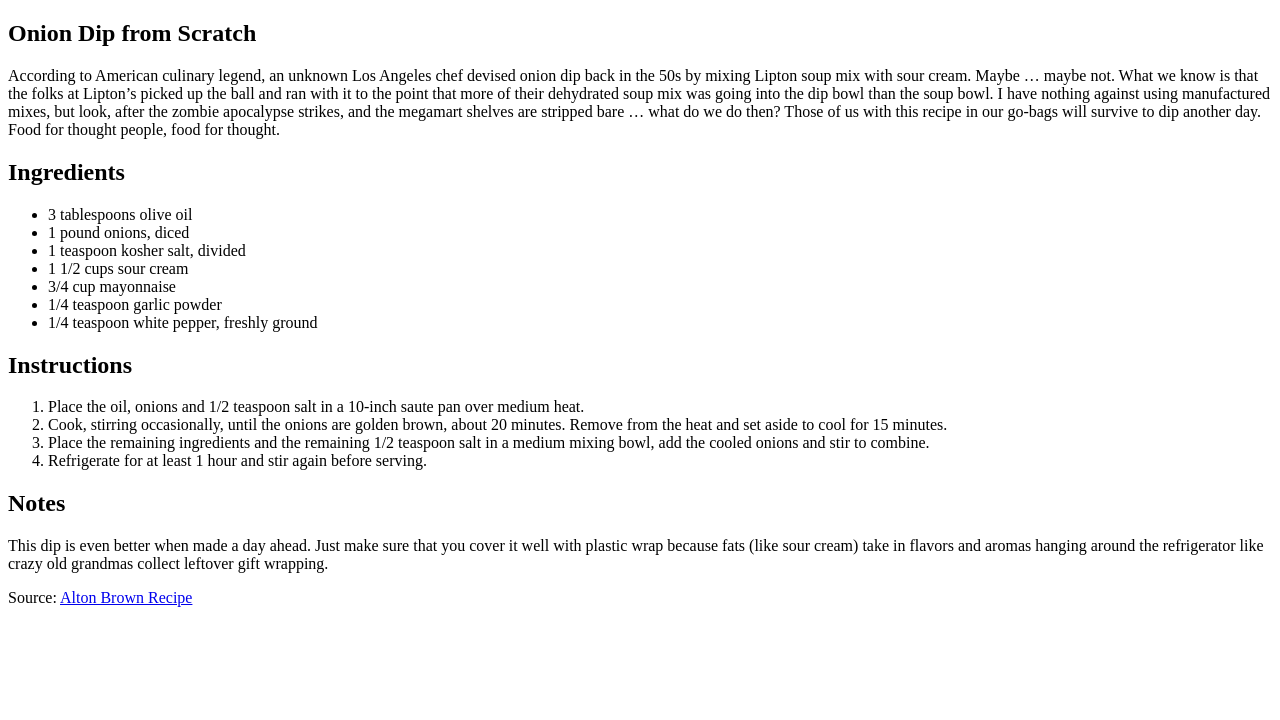
Repository: coltoncherry/mi349fs15
Page: week3/index.html
The author's editor kept a copy of each file at every save. The page is drawn from the files as they stood at one save, then again after the next save.
The browser window is 1280 px wide. The pictures show the whole page.

Above is the page before, as saved 2015-09-23 00:55:07.

After the next save:
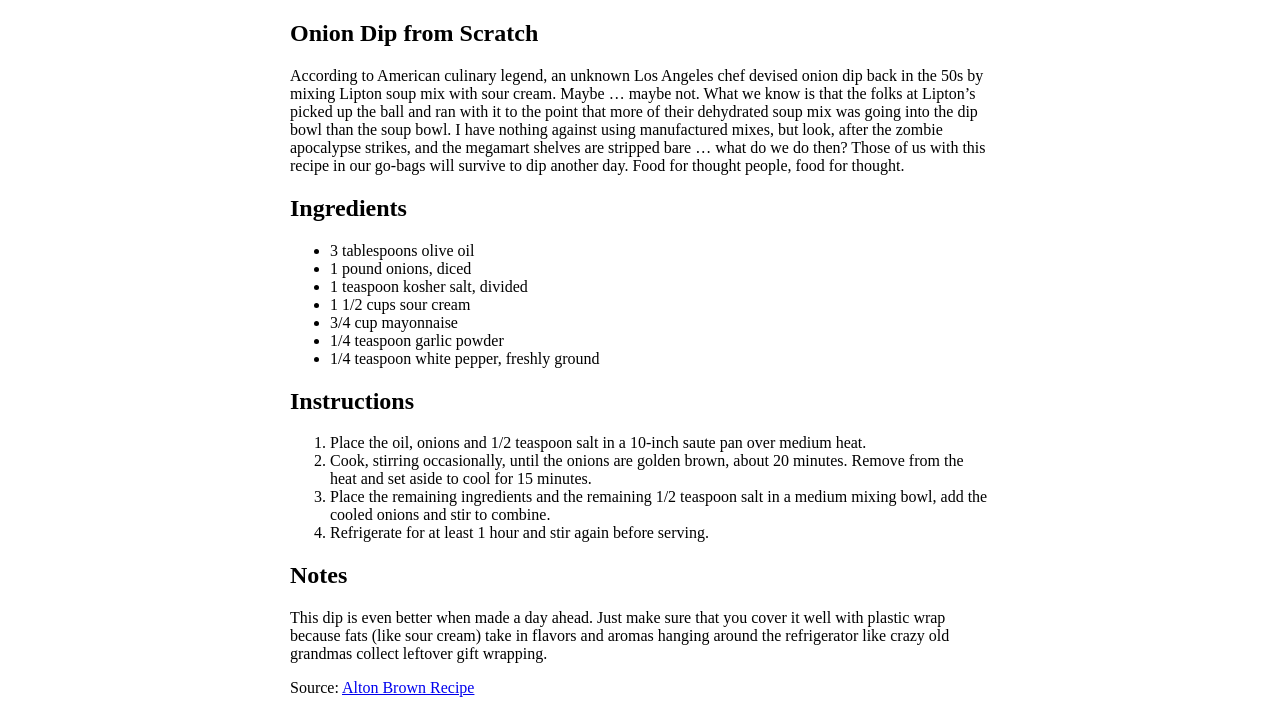
Saved 48 s later.
--- a/week3/css/style.css
+++ b/week3/css/style.css
@@ -1,3 +1,4 @@
 .container{
 	margin: 0 auto;
+	width: 700px;
 }
